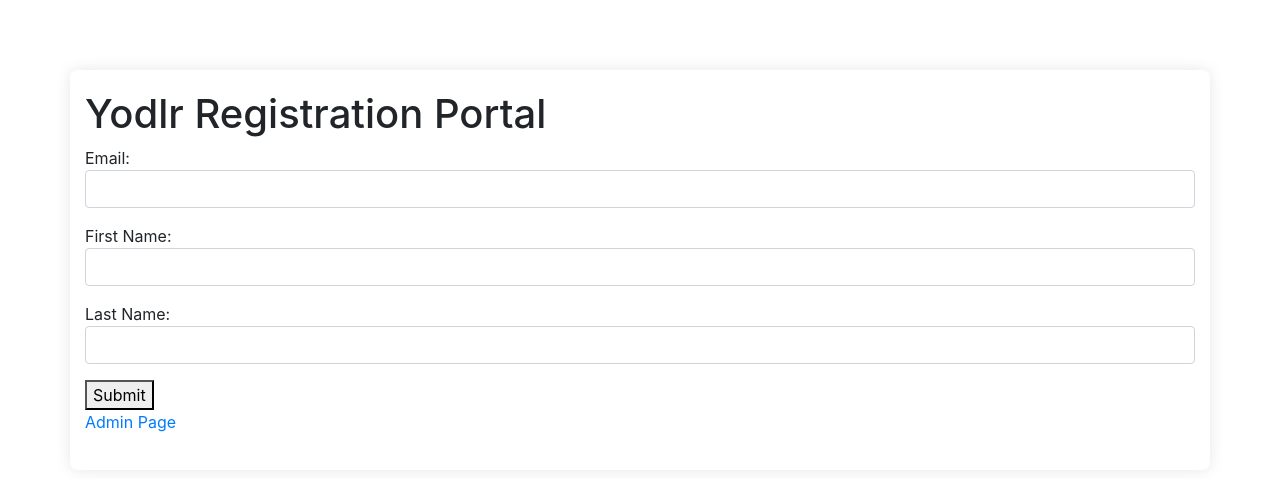
Repository: rmdayberry/yodlr-take-home
Page: public/signup.html
These files come from the project's save history. The page is drawn as it stood at one moment and after the next save; the edit follows.
The browser window is 1280 px wide. The pictures show the whole page.

Above is the page before, as saved 2024-10-09 08:50:44.

After the next save:
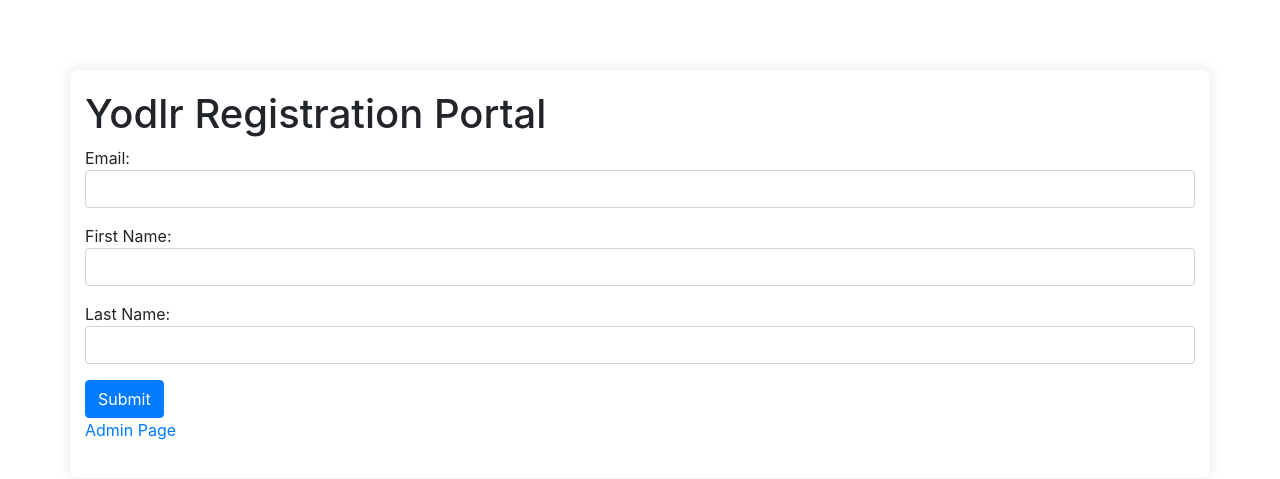
Saved 23 s later.
--- a/public/signup.html
+++ b/public/signup.html
@@ -57,7 +57,7 @@
           Last Name:
           <input class="form-control" type="text" name="lastName" required />
         </div>
-        <button type="submit">Submit</button>
+        <button type="submit" class="btn btn-primary">Submit</button>
       </form>
       <p>
         <a href="/admin.html">Admin Page</a>
